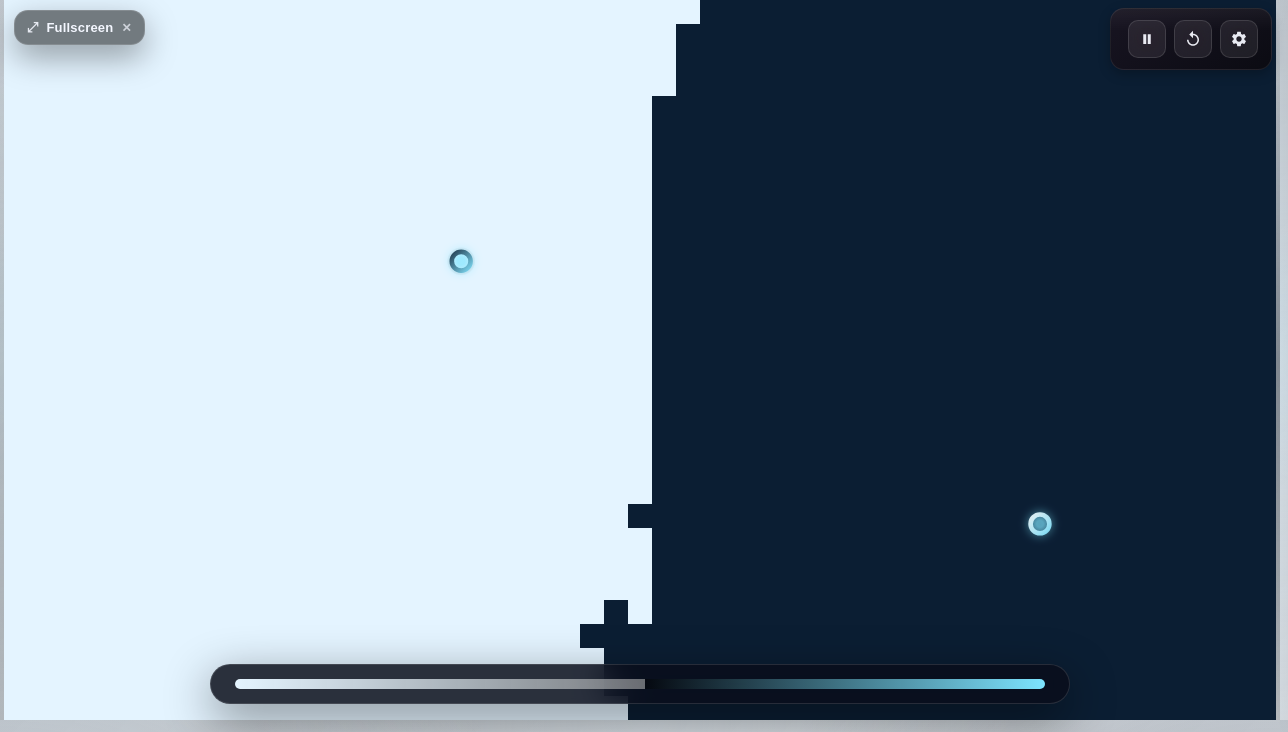
Repository: trevor050/pong
Page: index.html
These files come from the project's save history. The page is drawn as it stood at one moment and after the next save; the edit follows.
The browser window is 1280 px wide. The page is 1288 px wide, so the pictures cover 1288 px, including what lies to the right of the window. The pictures show the whole page.

Above is the page before, as saved 2025-12-07 02:00:13.

After the next save:
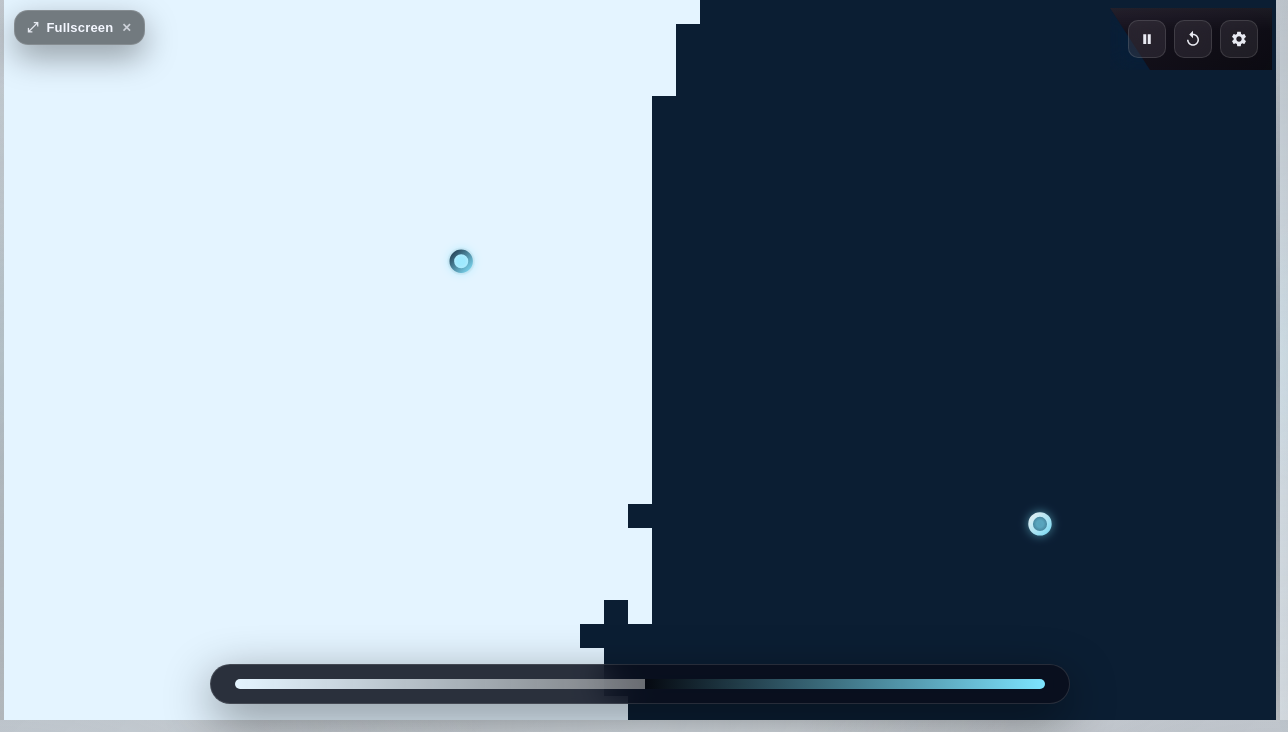
Saved 2 min 16 s later.
--- a/styles.css
+++ b/styles.css
@@ -40,36 +40,35 @@
 
 .chrome-controls {
   position: fixed;
-  top: 14px;
-  right: 16px;
-  display: flex;
-  gap: 10px;
+  top: 20px;
+  right: 0;
+  display: flex;
+  gap: 12px;
   z-index: 10;
   align-items: center;
-  padding: 10px 12px;
+  padding: 12px 24px 12px 52px;
 }
 
 .chrome-controls::before {
   content: "";
   position: absolute;
   inset: 0;
-  border-radius: 14px;
   background: linear-gradient(145deg, var(--chrome-panel), rgba(12, 10, 16, 0.92));
-  border: 1px solid rgba(255, 255, 255, 0.08);
-  box-shadow: 0 4px 12px rgba(0, 0, 0, 0.25);
+  filter: drop-shadow(-4px 4px 12px rgba(0, 0, 0, 0.5));
   backdrop-filter: blur(16px) saturate(115%);
   pointer-events: none;
   z-index: 0;
+  clip-path: polygon(0 0, 100% 0, 100% 100%, 40px 100%);
 }
 
 .chrome-controls::after {
   content: "";
   position: absolute;
   inset: 0;
-  border-radius: 14px;
   background: linear-gradient(180deg, rgba(255, 255, 255, 0.05), transparent 40%);
   pointer-events: none;
   z-index: 0;
+  clip-path: polygon(0 0, 100% 0, 100% 100%, 40px 100%);
 }
 
 .chrome-controls > * {

After the save that followed:
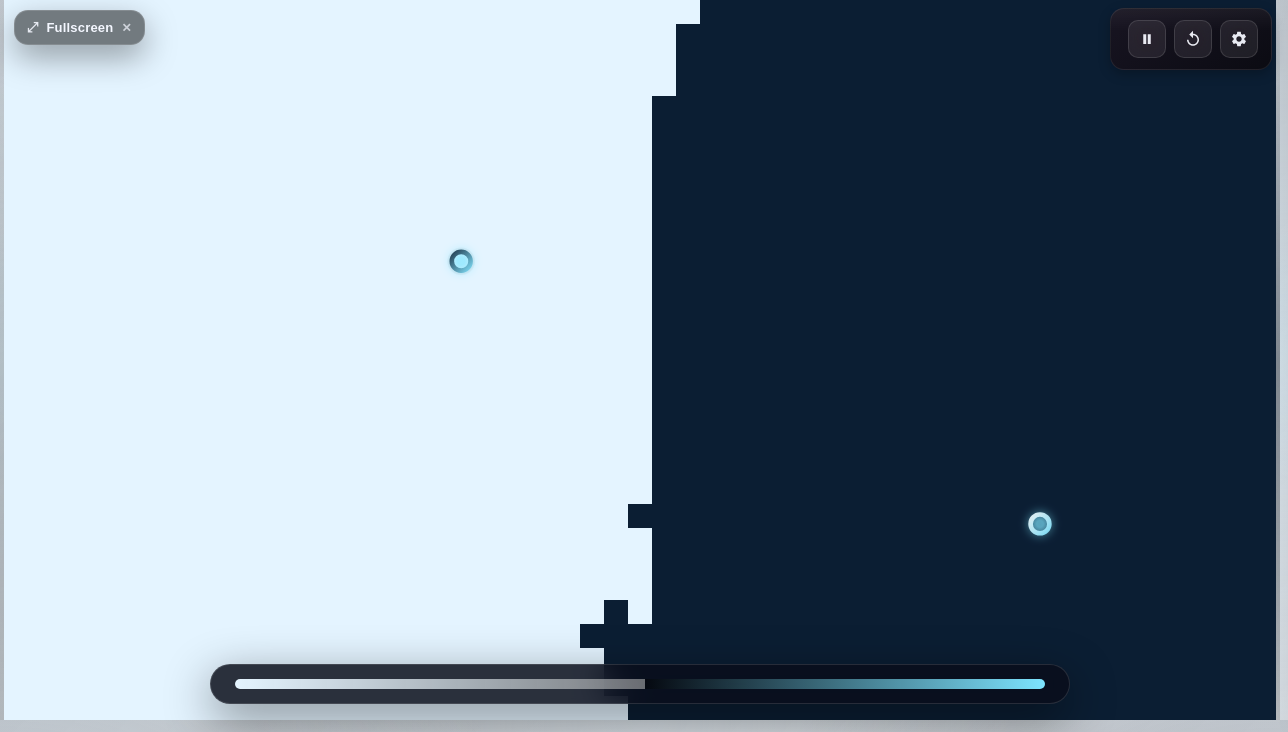
Saved 54 s later.
--- a/styles.css
+++ b/styles.css
@@ -40,35 +40,36 @@
 
 .chrome-controls {
   position: fixed;
-  top: 20px;
-  right: 0;
-  display: flex;
-  gap: 12px;
+  top: 14px;
+  right: 16px;
+  display: flex;
+  gap: 10px;
   z-index: 10;
   align-items: center;
-  padding: 12px 24px 12px 52px;
+  padding: 10px 12px;
 }
 
 .chrome-controls::before {
   content: "";
   position: absolute;
   inset: 0;
+  border-radius: 14px;
   background: linear-gradient(145deg, var(--chrome-panel), rgba(12, 10, 16, 0.92));
-  filter: drop-shadow(-4px 4px 12px rgba(0, 0, 0, 0.5));
+  border: 1px solid rgba(255, 255, 255, 0.08);
+  box-shadow: 0 4px 12px rgba(0, 0, 0, 0.25);
   backdrop-filter: blur(16px) saturate(115%);
   pointer-events: none;
   z-index: 0;
-  clip-path: polygon(0 0, 100% 0, 100% 100%, 40px 100%);
 }
 
 .chrome-controls::after {
   content: "";
   position: absolute;
   inset: 0;
+  border-radius: 14px;
   background: linear-gradient(180deg, rgba(255, 255, 255, 0.05), transparent 40%);
   pointer-events: none;
   z-index: 0;
-  clip-path: polygon(0 0, 100% 0, 100% 100%, 40px 100%);
 }
 
 .chrome-controls > * {
